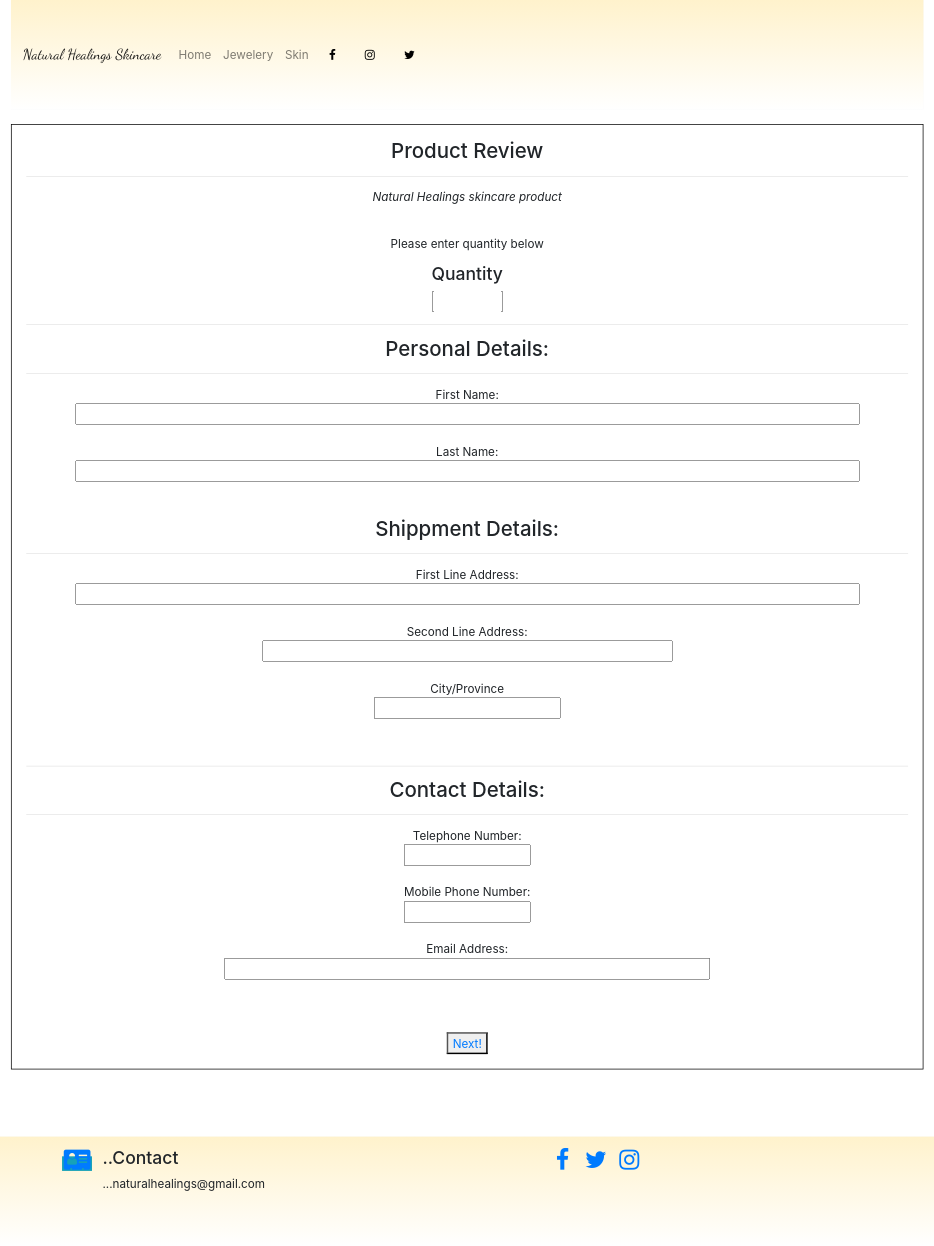
Repository: aliciarawlings/first-milestone
Page: form.html
The author's editor kept a record of every edit. The page is drawn from the files as they stood at one moment, then again after the next edit.
The browser window is 1280 px wide. The pictures show the whole page, at 73% of full size.
Some web fonts or font styles are not loaded; a fallback is used.

Above is the page before.

### form.html
<!DOCTYPE html>
<html lang="en">
<head>
    <meta charset="UTF-8">
    <meta name="viewport" content="width=device-width, initial-scale=1.0">
    <meta http-equiv="X-UA-Compatible" content="ie=edge">
    <link href="https://fonts.googleapis.com/css?family=Source+Serif+Pro&display=swap" rel="stylesheet">
    <link href="https://fonts.googleapis.com/css?family=Dancing+Script&display=swap" rel="stylesheet">
    <script src="https://code.jquery.com/jquery-3.3.1.slim.min.js" integrity="sha384-q8i/X+965DzO0rT7abK41JStQIAqVgRVzpbzo5smXKp4YfRvH+8abtTE1Pi6jizo" crossorigin="anonymous"></script>
<script src="https://cdnjs.cloudflare.com/ajax/libs/popper.js/1.14.7/umd/popper.min.js" integrity="sha384-UO2eT0CpHqdSJQ6hJty5KVphtPhzWj9WO1clHTMGa3JDZwrnQq4sF86dIHNDz0W1" crossorigin="anonymous"></script>
<script src="https://stackpath.bootstrapcdn.com/bootstrap/4.3.1/js/bootstrap.min.js" integrity="sha384-JjSmVgyd0p3pXB1rRibZUAYoIIy6OrQ6VrjIEaFf/nJGzIxFDsf4x0xIM+B07jRM" crossorigin="anonymous"></script>
    <link rel="stylesheet" href="assets/css/main.css" type="text/css" />
    <link rel="stylesheet" href="https://stackpath.bootstrapcdn.com/bootstrap/4.3.1/css/bootstrap.min.css" type="text/css" />
    <link rel="stylesheet" href="https://stackpath.bootstrapcdn.com/font-awesome/4.7.0/css/font-awesome.min.css" type="text/css" />
    <title>Form</title>

</head>
<body>
  <div class="container-fluid">
    <!-------NAVBAR------->
  <nav class="navbar navbar-expand-lg navbar-light bg-light grad">
    <a class="navbar-brand heading" href="index.html">Natural Healings Skincare</a>
    <button class="navbar-toggler collapsed" type="button" data-toggle="collapse" data-target="#navbarNav" aria-controls="navbarNav" aria-expanded="false" aria-label="Toggle navigation">
      <span class="navbar-toggler-icon"></span>
    </button>
    <div class="collapse navbar-collapse" id="navbarNav">
      <ul class="navbar-nav">
        <li class="nav-item">
          <a class="nav-link"  href="index.html">Home</a>
        </li>
        <li class="nav-item">
          <a class="nav-link"  href="jewelery.html">Jewelery</a>
        </li>
        <li class="nav-item">
          <a class="nav-link"  href="skincare.html">Skin</a>

        </li>
      </ul>
     <a class="fa fa-facebook social" href="https://www.facebook.com/naturalbeautyroomgorey/" target="_blank"></a>
     <i class="fa fa-instagram social "></i>
     <i class="fa fa-twitter social"></i>
    </div>
  </nav>
<!-------NAVBAR-END----->
<!---
  <div class="jumbotron-text-center jumbotron bg-dark">
    <h1 class="heading1"> Natural Healings Skincare</h1>
    <p class="heading1">Mother Nature by us </p>
    -

  --->
  <div class="form">



  <form>

    <h3>Product Review</h3>
    <hr>
    <p><em>Natural Healings skincare product</em></p><br>
    <p>Please enter quantity below</p>
    <h4>Quantity</h4>
    <input type="number" name="quantity" min="1" max="100"><br>
    <hr>

    <h3>Personal Details:</h3>
    <hr>
      First Name:<br>
      <input type="text"  size="100" name="firstname"><br><br>
      Last Name: <br>
      <input type="text" size="100"name="Last Name"><br>

    <br>
    <br>

    <h3>Shippment Details:</h3>
    <hr>

      First Line Address:<br>
      <input type="text" size="100" name="First line address"><br><br>

      Second Line Address:<br>
      <input type="text" size="50"name="Second Line Address"><br><br>

      City/Province<br>
      <input type="text" size"100" name="City/Province"><br>
      <br>
      <br>
      <hr>

      <h3>Contact Details:</h3>
      <hr>
      Telephone Number:<br>
      <input type="tel" size="12" name="Telephone Number"><br><br>

      Mobile Phone Number:<br>
      <input type="tel" size="12" name="Mobile Number"><br><br>

      Email Address:<br>
      <input type="email" size="60" name="email"><br><br>
      <br>
      <br>



    <button><a href="form2.html">Next!</a></button>






      </div>

      </div>
      </div>



    </div>
    </form>
    <br>
    <br>
    <br>

</body>

<!--footer-->

<footer>
     <div class="container-fluid bg-light py-3 grad ">
    <div class="container">
      <div class="row">
        <div class="col-md-7">
            <div class="row py-0">
          <div class="col-sm-1 hidden-md-down">
              <a class="bg-circle bg-info" href="#">
                <i class="fa fa-2x fa-fw fa-address-card" aria-hidden="true "></i>
              </a>
            </div>
            <div class="col-sm-11">
                <div><h4>..Contact</h4>
                    <p>...<span class="header-font"><span class="header-font"></span>naturalhealings@gmail.com</p>
                </div>
            </div>
            </div>
        </div>
        <div class="col-md-5">
          <div class="d-inline-block">
            <div class="bg-circle-outline d-inline-block">
              <a href="https://www.facebook.com/NaturalHealingsSkincare/"><i class="fa fa-2x fa-fw fa-facebook"></i>
		</a>
            </div>
            <div class="bg-circle-outline d-inline-block" >
              <a href="https://twitter.com/">
                <i class="fa fa-2x fa-fw fa-twitter"></i></a>
            </div>

            <div class="bg-circle-outline d-inline-block">
              <a href="https://www.instagram.com/natural.healings.skincare/">
                <i class="fa fa-2x fa-fw fa-instagram"></i></a>
            </div>

            </div>
          </div>
        </div>
      </div>
    </div>
    </div>
</footer>








</html>

### assets/css/main.css


/*--header+nav--*/

.bg-img {
    background:url("../images/mainlogo.png");
    min-height:700px;
    background-position: center;
    background-repeat:no-repeat;
    background-size:cover;
    position:relative;
    background-attachment:initial;
    background-size:100%;

}

.grad{
  height:150px;
  background-image:linear-gradient(#fff2cc,white);
}

.grad2{
   background-image:linear-gradient(white,#fff2cc);
}


.navfont{
  font-size:20px;
  color:black;
  text-decoration: none;
}



.social{
  color:black;
  padding:20px;

}


.social:hover{
  color:purple;
  text-decoration: none;
}





.heading{
  size:60px;
  font-family: 'Dancing Script', cursive;
  color:#996515	;

}





/*--product-display--*/

.cards{
  text-align: center;
  box-shadow: 0px 2px 4px 0px rgba(0,0,0,0.5);
  width:100%;


}


.card {
        margin: 0 auto;
        float: none;
        margin-bottom: 10px;
}



.form {
  text-align:center;
  border:solid 1px black;
  margin:20px 0;
  padding:20px;

}

img:hover {
  filter:opacity(30%);
}


.icon {
  position:fixed;
}

After the next edit:
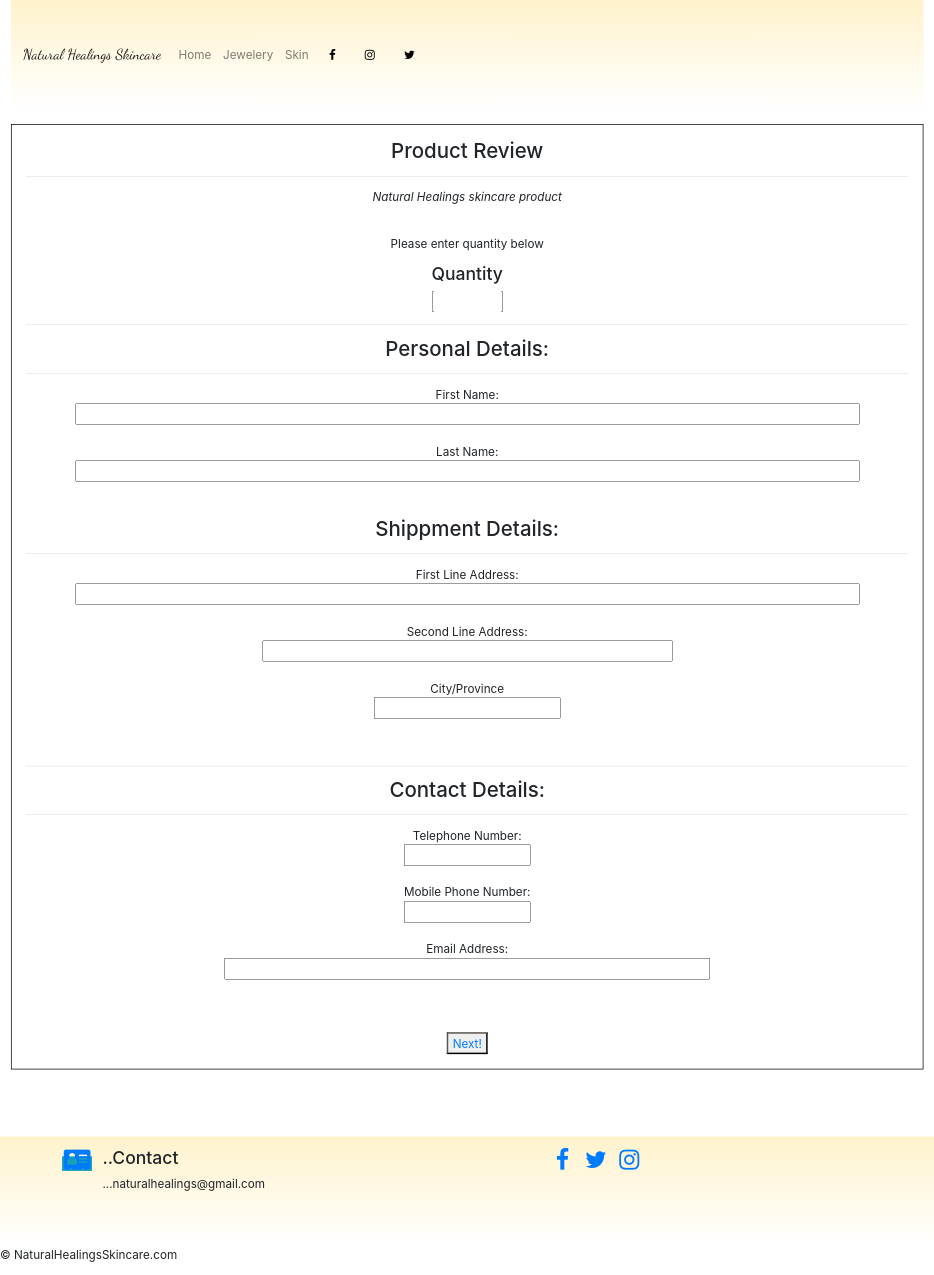
The edit:
--- a/form.html
+++ b/form.html
@@ -167,6 +167,12 @@
       </div>
     </div>
     </div>
+
+            <p>&copy;
+              NaturalHealingsSkincare.com
+
+            </p>
+
 </footer>
 
 
